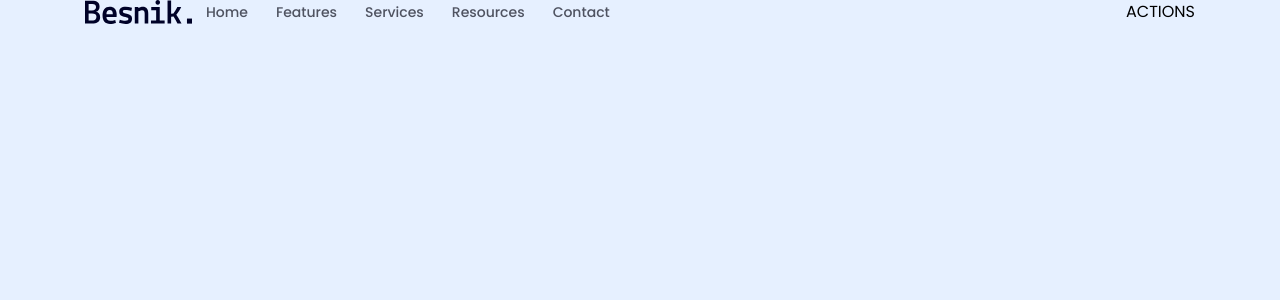
Repository: Tibi2003/f8-htmlcss-01
Page: index.html
The author's editor kept a copy of each file at every save. The page is drawn from the files as they stood at one save, then again after the next save.
The browser window is 1280 px wide. The pictures show the whole page.

Above is the page before, as saved 2024-02-05 15:48:40.

After the next save:
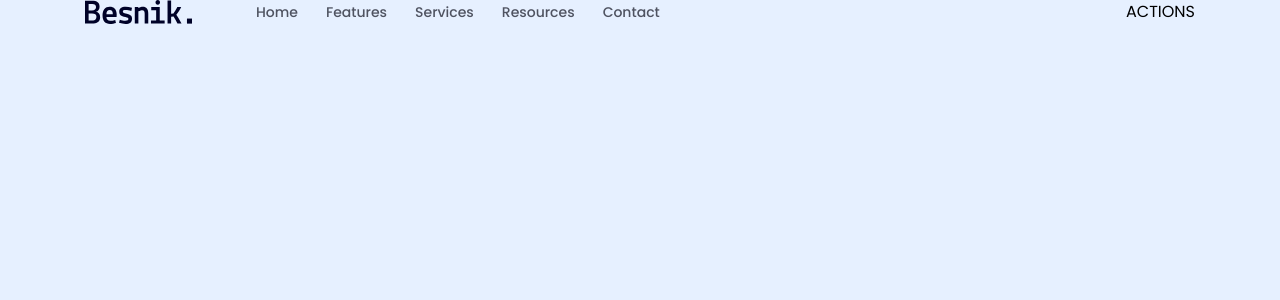
Saved 2 min 3 s later.
--- a/assets/css/styles.css
+++ b/assets/css/styles.css
@@ -35,6 +35,7 @@ a {
 
 .navbar ul {
 	display: flex;
+	margin-left: 50px;
 }
 
 .navbar .actions {
@@ -45,5 +46,5 @@ a {
 	font-size: 1.4rem;
 	font-weight: 500;
 	color: #4f5361;
-	padding: 0 14px;
+	padding: 8px 14px;
 }
